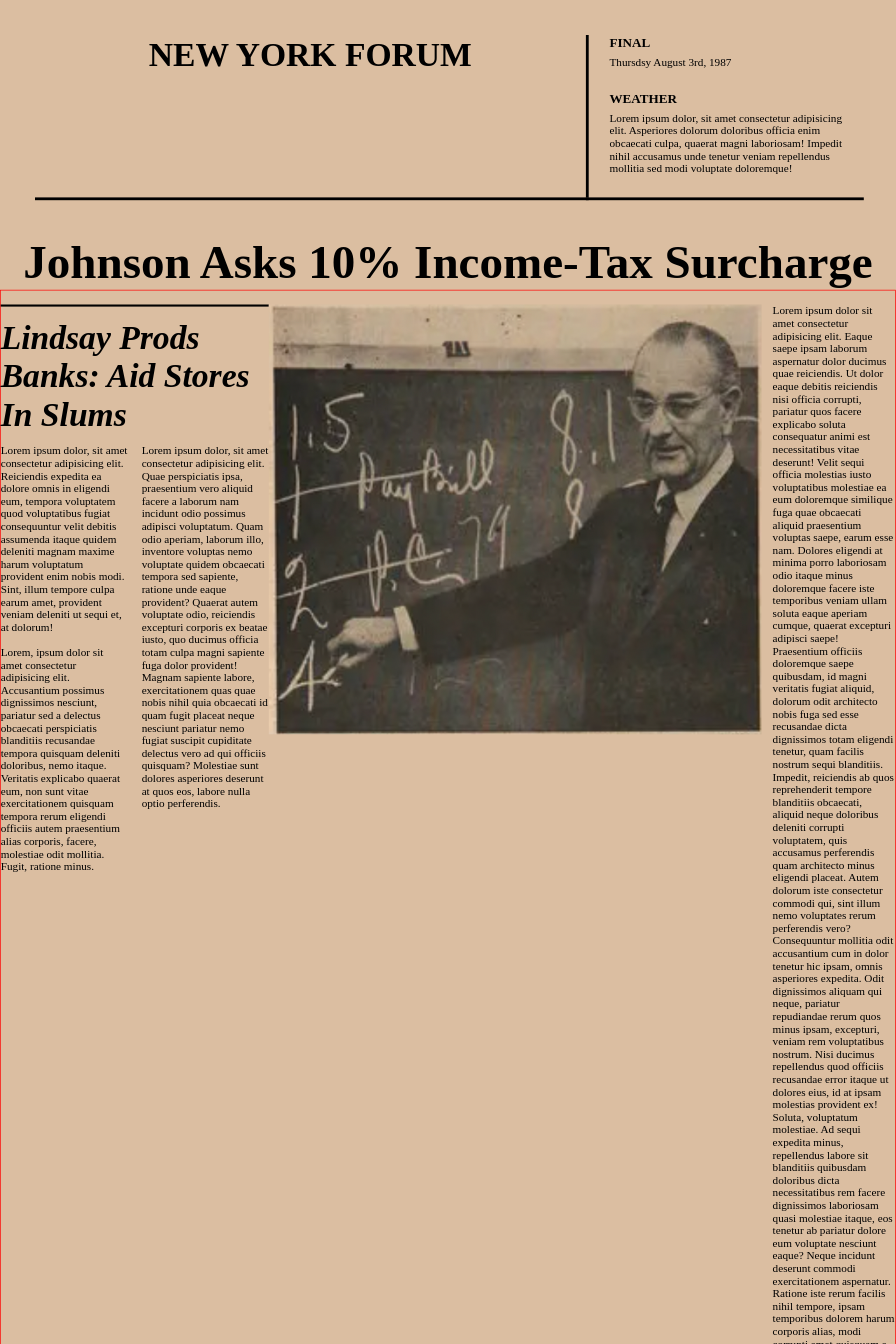
Repository: Arkitecth/newspaper-grid
Page: index.html
The author's editor kept a copy of each file at every save. The page is drawn from the files as they stood at one save, then again after the next save.
The browser window is 1280 px wide. The pictures show the part of the page from y = 0 to 1920 px (the page is 3406 px tall), at 70% of full size.

Above is the page before, as saved 2023-05-29 17:48:03.

### index.html
<!DOCTYPE html>
<html lang="en">
<head>
    <meta charset="UTF-8">
    <meta http-equiv="X-UA-Compatible" content="IE=edge">
    <meta name="viewport" content="width=device-width, initial-scale=1.0">
    <link rel="stylesheet" href="styles.css">
    <title>News Paper</title>
</head>
<body>
    <header id="header">
        <div>
            <h1>New York Forum</h1>
        </div>
        <div class="aside">
            <h3>Final</h3>
            <p>Thursdsy August 3rd, 1987</p>

            <h3>Weather</h3>
            <p>Lorem ipsum dolor, sit amet consectetur adipisicing elit. Asperiores dolorum doloribus officia enim obcaecati culpa, quaerat magni laboriosam! Impedit nihil accusamus unde tenetur veniam repellendus mollitia sed modi voluptate doloremque!</p>
        </div>
        <div class="divider"></div>
        <div class="divider"></div>
    </header>
    <main>
        <h2>Johnson Asks 10% Income-Tax Surcharge</h2>
        <div class="main-grid">
            <div class="left-content">
                <h3>Lindsay Prods Banks: Aid Stores in Slums</h3>
                <div class="sub-grid">
                    <div class="left">
                        <p>Lorem ipsum dolor, sit amet consectetur adipisicing elit. Reiciendis expedita ea dolore omnis in eligendi eum, tempora voluptatem quod voluptatibus fugiat consequuntur velit debitis assumenda itaque quidem deleniti magnam maxime harum voluptatum provident enim nobis modi. Sint, illum tempore culpa earum amet, provident veniam deleniti ut sequi et, at dolorum!</p>
                        <br>
                        <p class="">Lorem, ipsum dolor sit amet consectetur adipisicing elit. Accusantium possimus dignissimos nesciunt, pariatur sed a delectus obcaecati perspiciatis blanditiis recusandae tempora quisquam deleniti doloribus, nemo itaque. Veritatis explicabo quaerat eum, non sunt vitae exercitationem quisquam tempora rerum eligendi officiis autem praesentium alias corporis, facere, molestiae odit mollitia. Fugit, ratione minus.</p>
                    </div>
                    <div class="right">
                        <p>Lorem ipsum dolor, sit amet consectetur adipisicing elit. Quae perspiciatis ipsa, praesentium vero aliquid facere a laborum nam incidunt odio possimus adipisci voluptatum. Quam odio aperiam, laborum illo, inventore voluptas nemo voluptate quidem obcaecati tempora sed sapiente, ratione unde eaque provident? Quaerat autem voluptate odio, reiciendis excepturi corporis ex beatae iusto, quo ducimus officia totam culpa magni sapiente fuga dolor provident! Magnam sapiente labore, exercitationem quas quae nobis nihil quia obcaecati id quam fugit placeat neque nesciunt pariatur nemo fugiat suscipit cupiditate delectus vero ad qui officiis quisquam? Molestiae sunt dolores asperiores deserunt at quos eos, labore nulla optio perferendis.</p>
                    </div>
                </div>
            </div>

            <div class="middle-content">
                <img src="assets/teacher.png" alt="teacher teaching stuff">
            </div>

            <div class="right-content">
                <p>Lorem ipsum dolor sit amet consectetur adipisicing elit. Eaque saepe ipsam laborum aspernatur dolor ducimus quae reiciendis. Ut dolor eaque debitis reiciendis nisi officia corrupti, pariatur quos facere explicabo soluta consequatur animi est necessitatibus vitae deserunt! Velit sequi officia molestias iusto voluptatibus molestiae ea eum doloremque similique fuga quae obcaecati aliquid praesentium voluptas saepe, earum esse nam. Dolores eligendi at minima porro laboriosam odio itaque minus doloremque facere iste temporibus veniam ullam soluta eaque aperiam cumque, quaerat excepturi adipisci saepe! Praesentium officiis doloremque saepe quibusdam, id magni veritatis fugiat aliquid, dolorum odit architecto nobis fuga sed esse recusandae dicta dignissimos totam eligendi tenetur, quam facilis nostrum sequi blanditiis. Impedit, reiciendis ab quos reprehenderit tempore blanditiis obcaecati, aliquid neque doloribus deleniti corrupti voluptatem, quis accusamus perferendis quam architecto minus eligendi placeat. Autem dolorum iste consectetur commodi qui,
                sint illum nemo voluptates rerum perferendis vero? Consequuntur mollitia odit accusantium cum in dolor tenetur hic ipsam, omnis asperiores expedita. Odit dignissimos aliquam qui neque, pariatur repudiandae rerum quos minus ipsam, excepturi, veniam rem voluptatibus nostrum. Nisi ducimus repellendus quod officiis recusandae error itaque ut dolores eius, id at ipsam molestias provident ex! Soluta, voluptatum molestiae. Ad sequi expedita minus, repellendus labore sit blanditiis quibusdam doloribus dicta necessitatibus rem facere dignissimos laboriosam quasi molestiae itaque, eos tenetur ab pariatur dolore eum voluptate nesciunt eaque? Neque incidunt deserunt commodi exercitationem aspernatur. Ratione iste rerum facilis nihil tempore, ipsam temporibus dolorem harum corporis alias, modi corrupti amet quisquam a non optio accusantium sint voluptatibus aut voluptatem natus velit, quod quos fuga. Doloribus omnis doloremque autem aspernatur illo quis accusamus tempora harum, perferendis similique dignissimos sapiente fuga facere rerum, sequi fugiat illum nobis suscipit dolores dolorem delectus, eum magnam! Dolores sequi ducimus, laborum libero maiores corrupti porro! Odio laborum mollitia dignissimos vel rem voluptates tempore dolore eius, reiciendis non similique eligendi consequatur facilis vero laboriosam fuga eos debitis architecto. Doloribus maiores, dolores maxime eum ipsam harum ipsum animi dolorem alias nulla quibusdam eaque odio id? Omnis corrupti atque ipsam minus, commodi reprehenderit nulla autem, itaque dignissimos tempora ut incidunt, officia dolorum harum aliquid enim! Quod mollitia suscipit ut impedit maiores delectus ipsum non iure, fuga reprehenderit itaque facilis similique voluptate dolores sint. Adipisci, obcaecati est commodi ullam officiis in? Eligendi, iste ut? Quam vel minima commodi, mollitia eum provident ex laboriosam itaque quae recusandae atque sit distinctio veritatis exercitationem alias doloremque debitis inventore accusantium perspiciatis ut cumque quis, nesciunt ducimus dolorum? Voluptate fugit excepturi soluta sed sunt perspiciatis. Harum nihil dolores magnam cumque quod sunt dicta hic consectetur perspiciatis, iste dolor iure quam modi facilis adipisci esse sapiente enim officiis, eius facere fuga ullam? Error, molestiae doloremque! Illum rerum nemo rem odio repudiandae, earum dolorum temporibus obcaecati accusamus pariatur dignissimos. Saepe officiis sed beatae aut obcaecati molestiae tenetur nostrum eum ad ipsam fuga dolores dolor veritatis culpa dolorum deserunt ipsa, fugit sit atque quibusdam. Ad porro maiores quis provident, ratione sint. Necessitatibus neque ullam sapiente aspernatur dolores ipsum at nulla. Et, qui consequatur! Ea unde accusamus doloremque!</p>
            </div>
        </div>
    </main>

</body>
</html>

### styles.css
* {
    padding: 0;
    margin: 0;
}

body {
    background-color: #dbbea1;
    max-width: 1500px;
}

h1,h3 {
    text-transform: uppercase;
}
#header {
    padding: 3.125rem;
    display: grid;
    grid-template-columns: 2fr 1fr;
}


#header h1 {
    text-align: center;
    font-size: 3rem;
}

h2 {
    text-align: center;
    width: 100%;
    font-size: 4.2rem;
}

.aside {
    border-left: 4px solid black;
    padding-left: 30px;
}

.aside p {
    padding-top: 0.5rem;
    margin-bottom: 2rem;
}

.divider {
    border: 2px solid black;
    width: 100%;
}

.main-grid{
    display: grid;
    grid-template-columns: 2fr 2fr 1fr;
    padding-top: 20px;
    border: 1px solid red;
}

.sub-grid {
    display: grid;
    grid-template-columns: 1fr 1fr;
    gap: 20px;
}

.left-content h3 {
    font-size: 3rem;
    font-style: italic;
    border-top: 3px solid black;
    padding-bottom: 1rem;
    padding-top: 1rem;
    text-transform: capitalize;
}

.right-content {
    padding-left: 1rem;
}

.highlight {
    font-weight: bold;
    border-top: 3px solid black;
    padding: 1rem;
    border-bottom: 3px solid black;
}

After the next save:
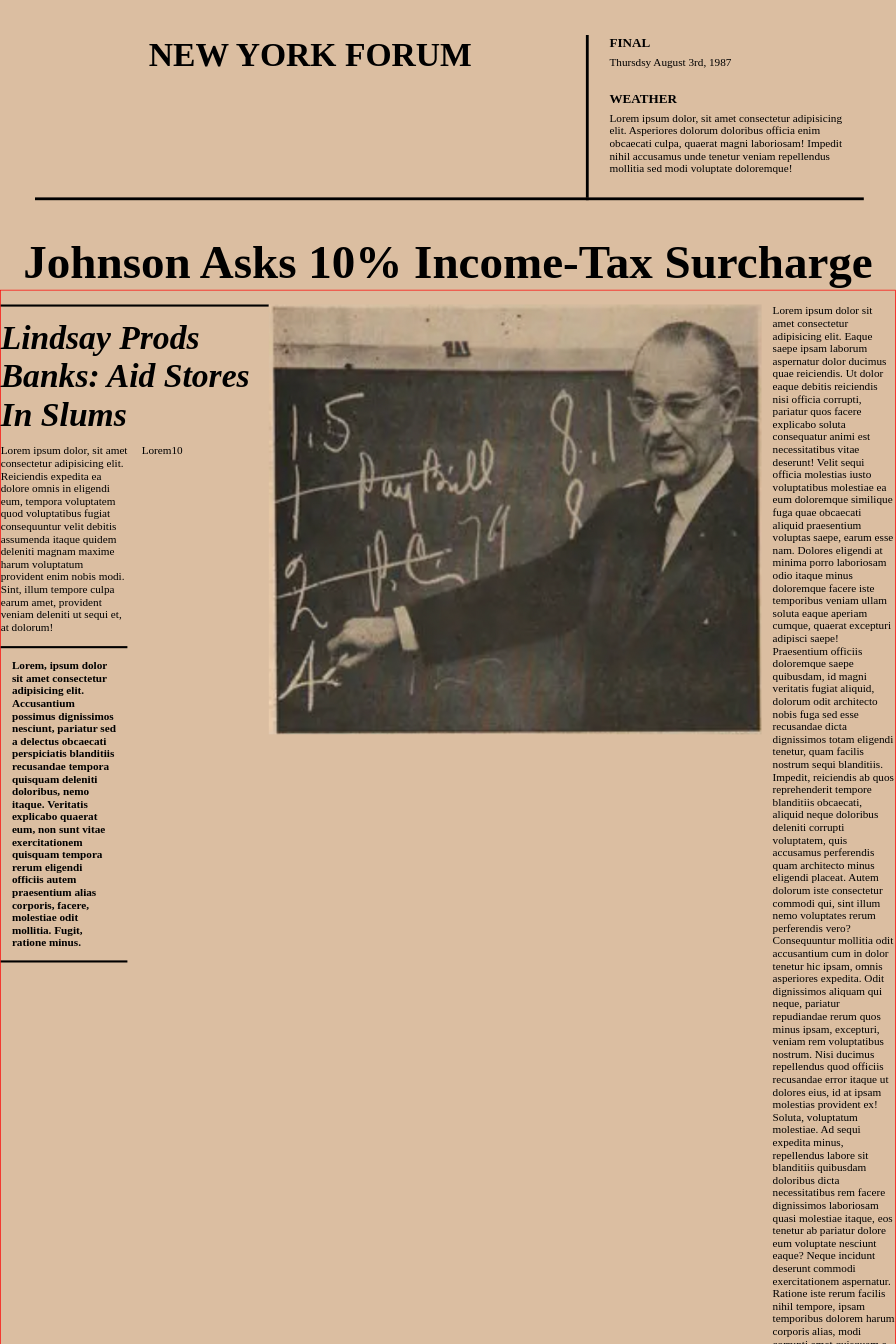
Saved 51 s later.
--- a/index.html
+++ b/index.html
@@ -31,10 +31,10 @@
                     <div class="left">
                         <p>Lorem ipsum dolor, sit amet consectetur adipisicing elit. Reiciendis expedita ea dolore omnis in eligendi eum, tempora voluptatem quod voluptatibus fugiat consequuntur velit debitis assumenda itaque quidem deleniti magnam maxime harum voluptatum provident enim nobis modi. Sint, illum tempore culpa earum amet, provident veniam deleniti ut sequi et, at dolorum!</p>
                         <br>
-                        <p class="">Lorem, ipsum dolor sit amet consectetur adipisicing elit. Accusantium possimus dignissimos nesciunt, pariatur sed a delectus obcaecati perspiciatis blanditiis recusandae tempora quisquam deleniti doloribus, nemo itaque. Veritatis explicabo quaerat eum, non sunt vitae exercitationem quisquam tempora rerum eligendi officiis autem praesentium alias corporis, facere, molestiae odit mollitia. Fugit, ratione minus.</p>
+                        <p class="highlight">Lorem, ipsum dolor sit amet consectetur adipisicing elit. Accusantium possimus dignissimos nesciunt, pariatur sed a delectus obcaecati perspiciatis blanditiis recusandae tempora quisquam deleniti doloribus, nemo itaque. Veritatis explicabo quaerat eum, non sunt vitae exercitationem quisquam tempora rerum eligendi officiis autem praesentium alias corporis, facere, molestiae odit mollitia. Fugit, ratione minus.</p>
                     </div>
                     <div class="right">
-                        <p>Lorem ipsum dolor, sit amet consectetur adipisicing elit. Quae perspiciatis ipsa, praesentium vero aliquid facere a laborum nam incidunt odio possimus adipisci voluptatum. Quam odio aperiam, laborum illo, inventore voluptas nemo voluptate quidem obcaecati tempora sed sapiente, ratione unde eaque provident? Quaerat autem voluptate odio, reiciendis excepturi corporis ex beatae iusto, quo ducimus officia totam culpa magni sapiente fuga dolor provident! Magnam sapiente labore, exercitationem quas quae nobis nihil quia obcaecati id quam fugit placeat neque nesciunt pariatur nemo fugiat suscipit cupiditate delectus vero ad qui officiis quisquam? Molestiae sunt dolores asperiores deserunt at quos eos, labore nulla optio perferendis.</p>
+                        <p>Lorem10</p>
                     </div>
                 </div>
             </div>
